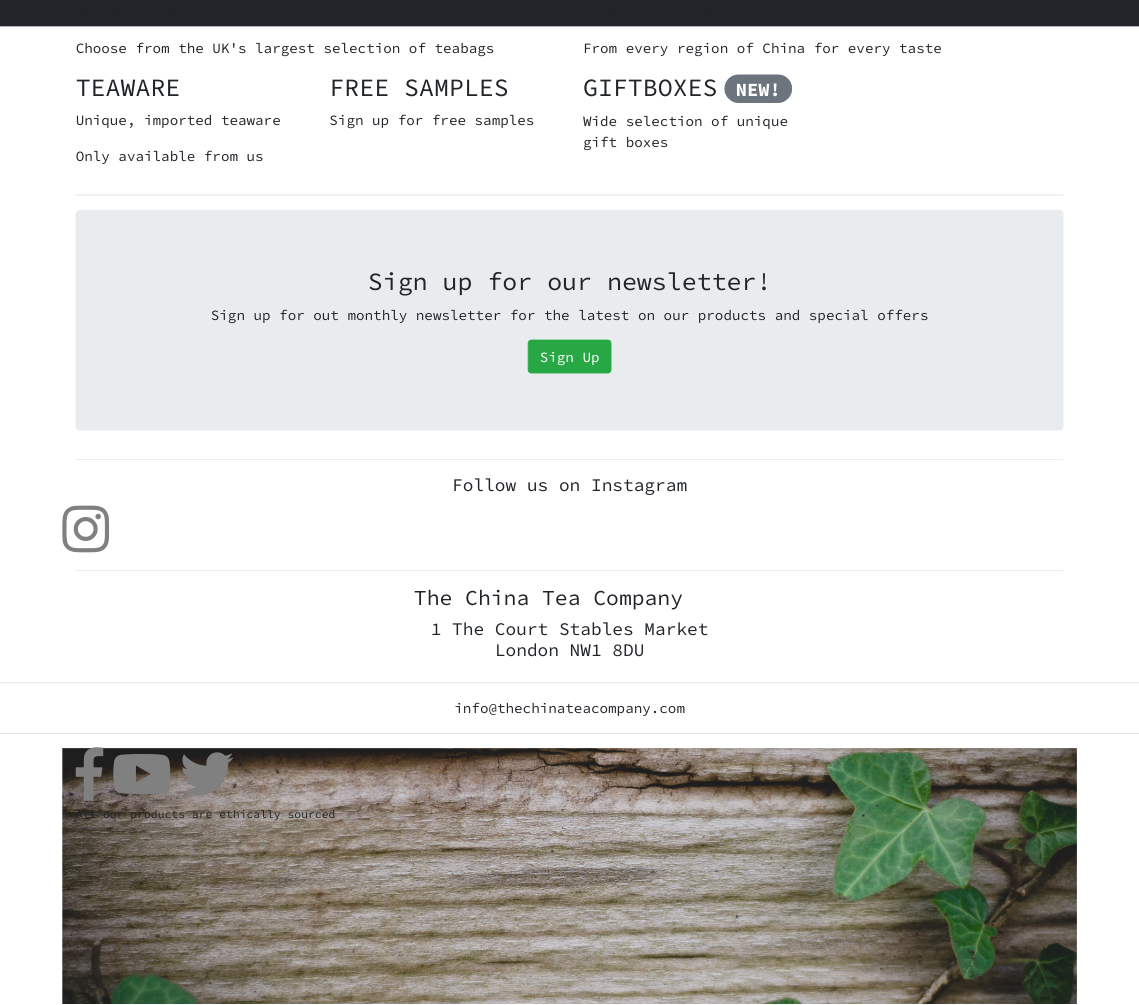
Repository: Code-Institute-Submissions/china-tea
Page: index.html
The author's editor kept a record of every edit. The page is drawn from the files as they stood at one moment, then again after the next edit.
The browser window is 1280 px wide. The pictures show the part of the page from y = 776 to 1944 px (the page is 1905 px tall before and 1944 px after), at 89% of full size.
Backgrounds fixed to the window are drawn as part of the page. Some web libraries are served in a nearby version.

Above is the page before.

After the next edit:
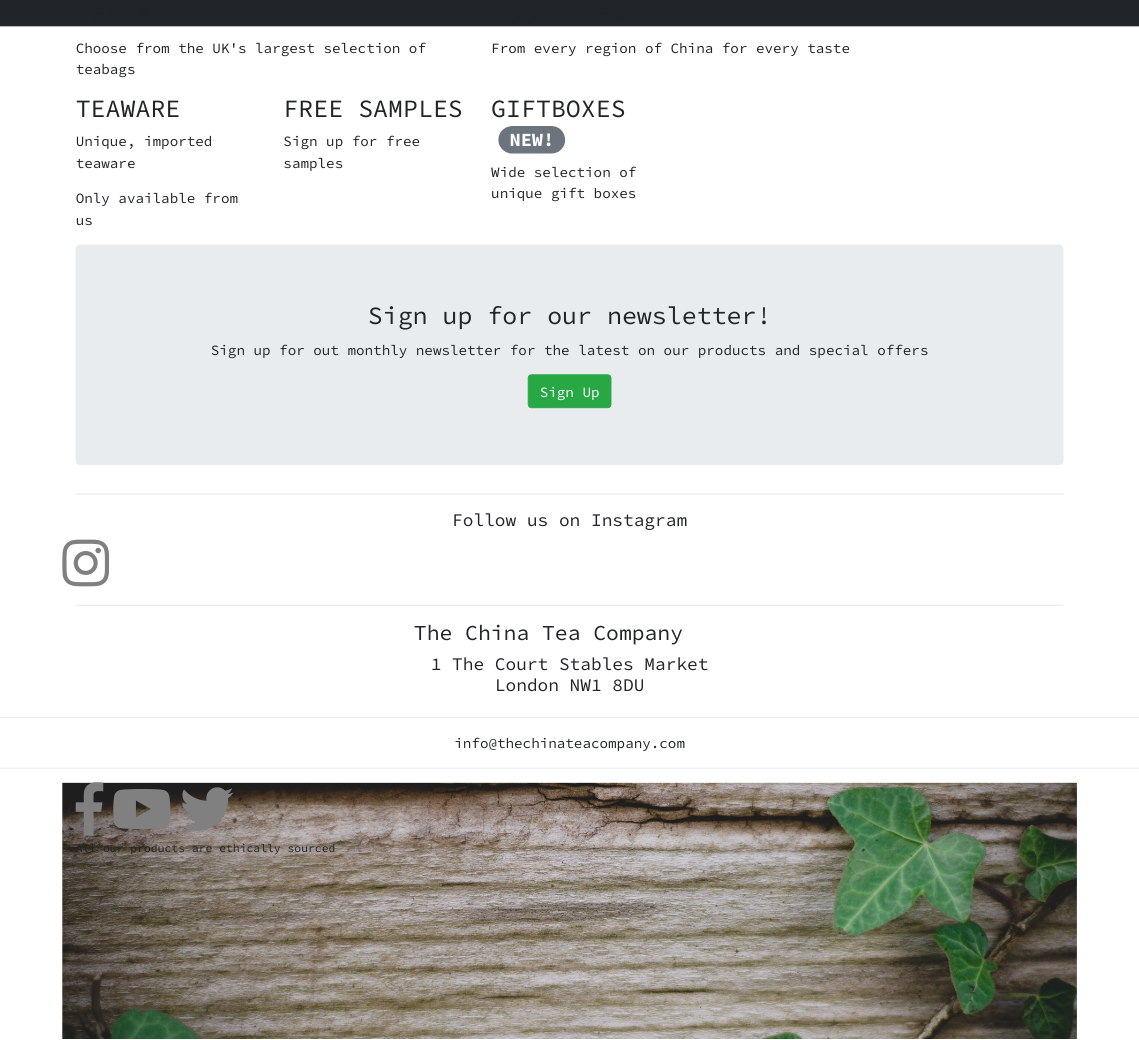
The edit:
--- a/assets/style.css
+++ b/assets/style.css
@@ -42,7 +42,12 @@
 
 }
 
-.purchase-container {}
+.purchase-container {
+    display: flex;
+    align-items: center;
+    justify-content:center;
+
+}
 
 .jumbotron-container {}
 
